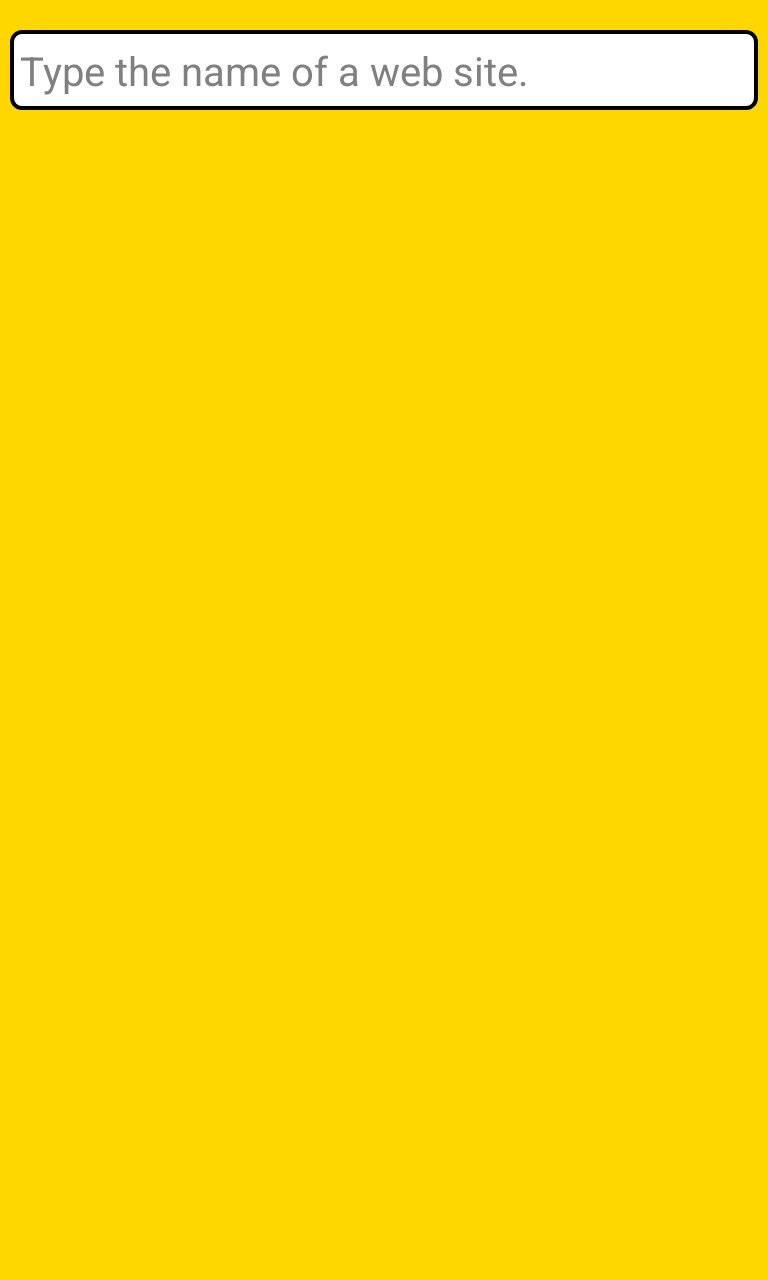
Repository: kenshiryu7/mdv-projects
Layout: MDF3/project_4/Project4/res/layout/main_lay.xml
These files come from the project's save history. The layout is drawn as it stood at one moment and after a run of saves; the edit follows.
It is drawn on a 768 x 1280 px phone screen (xhdpi) without system bars, with theme AppTheme; the app's code is not run.

Above is the layout before, as saved 2013-02-27 06:11:13.

### MDF3/project_4/Project4/res/layout/main_lay.xml
<LinearLayout xmlns:android="http://schemas.android.com/apk/res/android"
    xmlns:tools="http://schemas.android.com/tools"
    android:layout_width="match_parent"
    android:layout_height="match_parent"
    android:background="#FFD700"
    android:orientation="vertical" >

    <EditText
        android:id="@+id/message"
        android:layout_width="fill_parent"
        android:layout_height="40dp"
        android:layout_marginLeft="5dp"
        android:layout_marginRight="5dp"
        android:layout_marginTop="15dp"
        android:background="@drawable/border"
        android:hint="@string/hint"
        android:padding="5dp"
        android:textSize="20sp" >

    </EditText>
</LinearLayout>

### MDF3/project_4/Project4/res/drawable-hdpi/border.xml
<?xml version="1.0" encoding="utf-8"?>
<shape
     xmlns:android="http://schemas.android.com/apk/res/android"
    android:shape="rectangle">
    <solid android:color="#FFFFFF"/>
    <stroke android:width="2dp" android:color="#000000"/>

    <corners
        android:bottomRightRadius="5dp"
        android:bottomLeftRadius="5dp"
        android:topLeftRadius="5dp"
        android:topRightRadius="5dp">

    </corners>

</shape>

### MDF3/project_4/Project4/res/values/strings.xml
<?xml version="1.0" encoding="utf-8"?>
<resources>

    <string name="app_name">Project4</string>
    <string name="action_settings">Settings</string>
    <string name="hello_world">Hello world!</string>

    <string name="hint">Type the name of a web site.</string>

</resources>

Loaded but not shown: MDF3/project_4/Project4/res/values/styles.xml (common file); MDF3/project_4/Project4/res/values-v11/styles.xml (common file); MDF3/project_4/Project4/res/values-v14/styles.xml (common file)

After the next 4 saves:
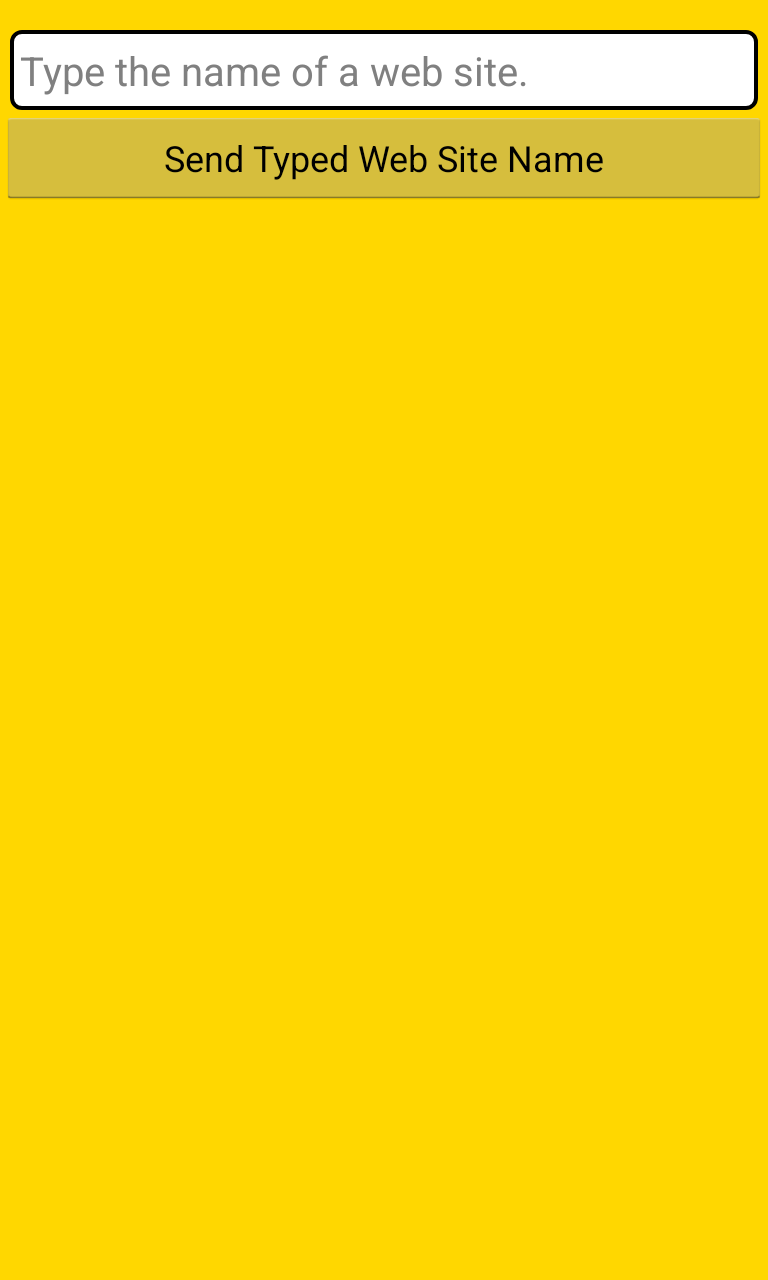
The 4 saves are shown as one change because 3 did not build or start.
The last was saved 5 min 31 s later.
--- a/MDF3/project_4/Project4/res/layout/main_lay.xml
+++ b/MDF3/project_4/Project4/res/layout/main_lay.xml
@@ -18,4 +18,11 @@
         android:textSize="20sp" >
 
     </EditText>
+
+    <Button
+        android:id="@+id/typed_et"
+        android:layout_width="fill_parent"
+        android:layout_height="wrap_content"
+        android:text="@string/butt1">
+    </Button>
 </LinearLayout>
--- a/MDF3/project_4/Project4/res/values/strings.xml
+++ b/MDF3/project_4/Project4/res/values/strings.xml
@@ -6,5 +6,6 @@
     <string name="hello_world">Hello world!</string>
 
     <string name="hint">Type the name of a web site.</string>
+    <string name="butt1">Send Typed Web Site Name</string>
 
 </resources>
